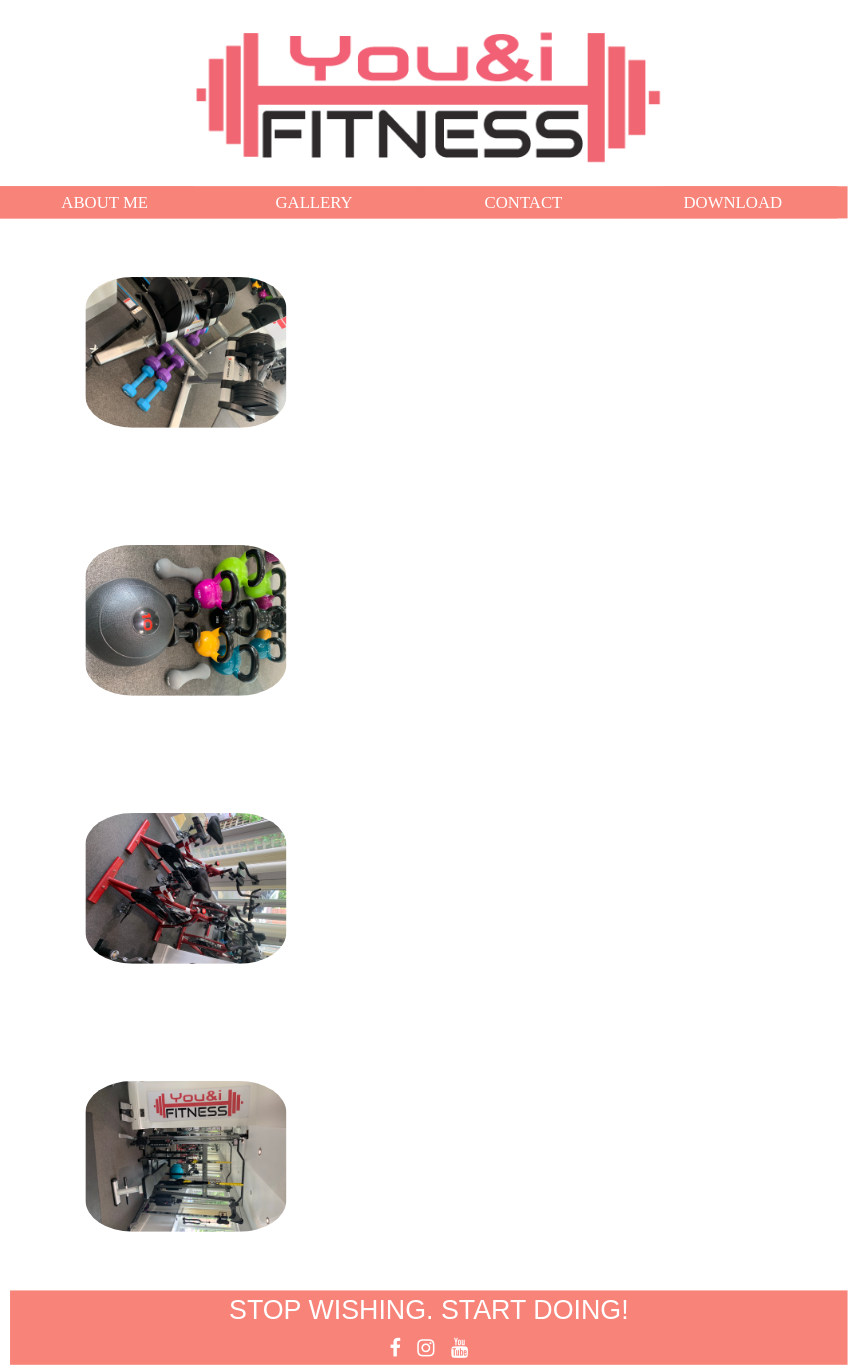
Repository: Code-Institute-Submissions/you-i
Page: pages/gallery.html
The author's editor kept a record of every edit. The page is drawn from the files as they stood at one moment, then again after the next edit.
The browser window is 1280 px wide. The pictures show the whole page, at 67% of full size.
Some web fonts or font styles are not loaded; a fallback is used.

Above is the page before.

After the next edit:
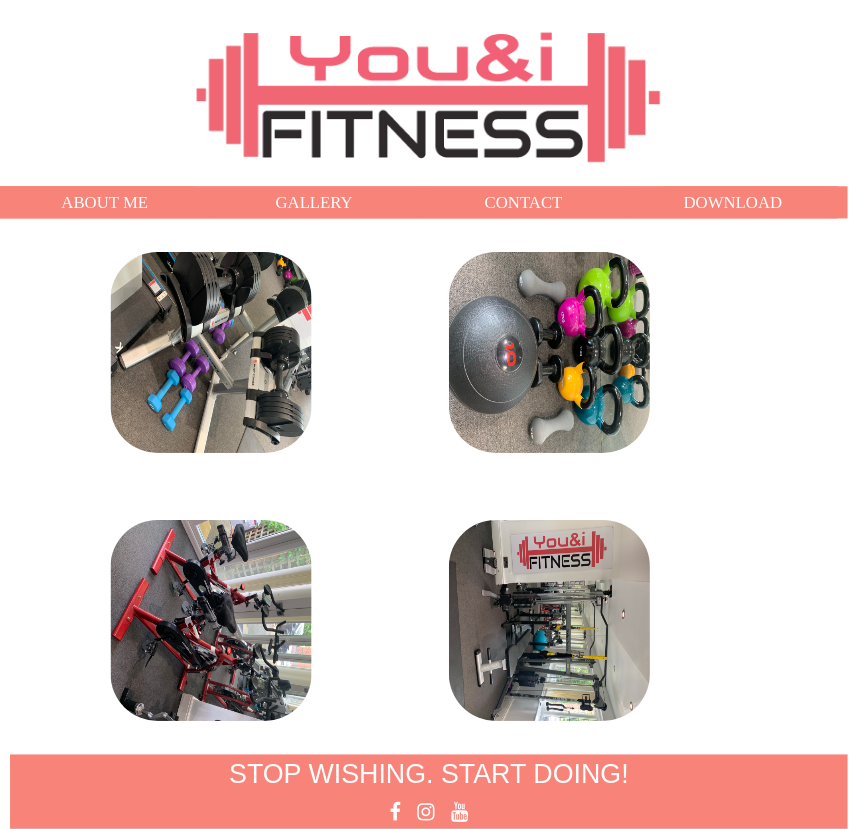
The edit:
--- a/pages/gallery.html
+++ b/pages/gallery.html
@@ -41,11 +41,11 @@
     </header>
     <section class="container-fluid">
         <div class="row">
-        <div class="col.sm col-md-6">
-        <img class="img" src="pictures/IMG_0674.jpg"></img>
-        <img class="img" src="pictures/IMG_0676.jpg"></img>
-        <img class="img" src="pictures/IMG_0677.jpg"></img>
-        <img class="img" src="pictures/IMG_0679.jpg"></img>
+        <div class="col">
+        <img class="img col-sm-6" src="pictures/IMG_0674.jpg"></img>
+        <img class="img col-sm-6" src="pictures/IMG_0676.jpg"></img>
+        <img class="img col-sm-6" src="pictures/IMG_0677.jpg"></img>
+        <img class="img col-sm-6" src="pictures/IMG_0679.jpg"></img>
         </div>
         </div>
     </section>
